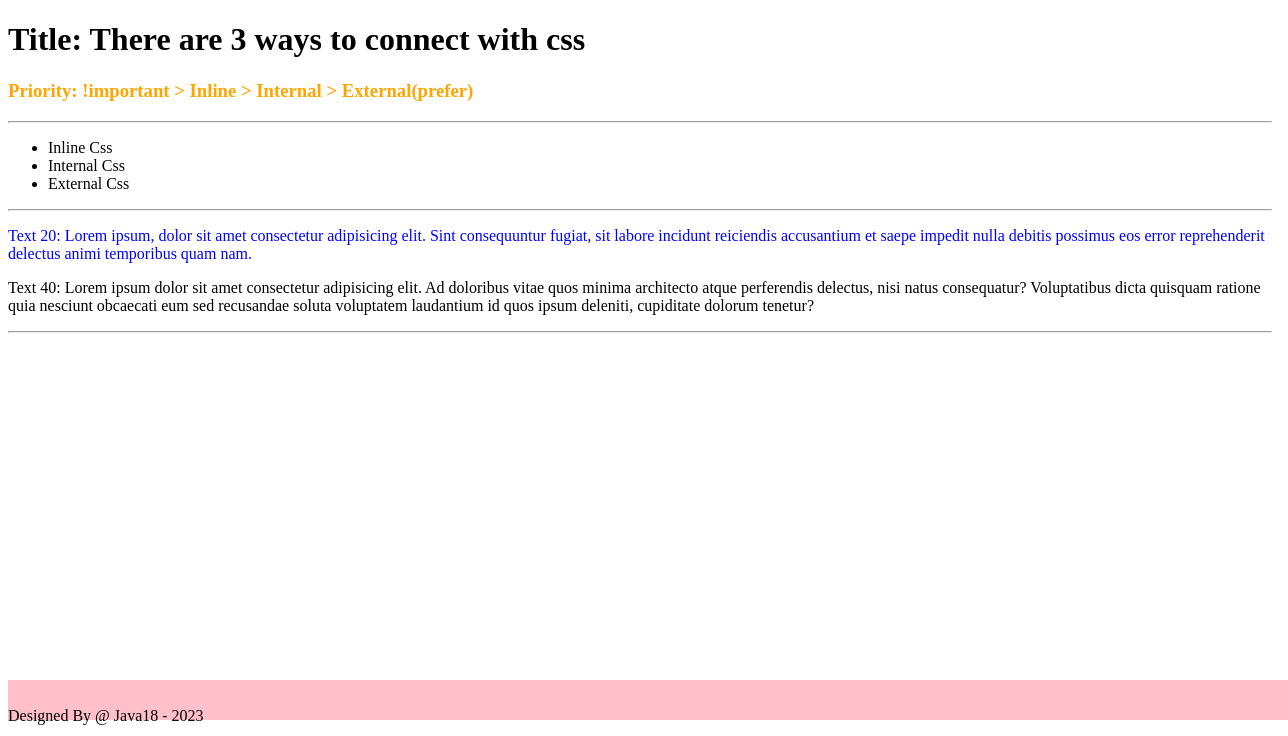
Repository: j4tdn/java18-repository
Page: 2. CSS3/ex02-css-selector-class-id.html
These files come from the project's save history. The page is drawn as it stood at one moment and after the next save; the edit follows.
The browser window is 1280 px wide. The page is 1288 px wide, then 1280 px, so the pictures cover 1288 px, including what lies to the right of the window. The pictures show the whole page.

Above is the page before, as saved 2023-10-21 17:57:14.

### 2. CSS3/ex02-css-selector-class-id.html
<!DOCTYPE html>
<html lang="en">
  <head>
    <meta charset="UTF-8" />
    <meta name="viewport" content="width=device-width, initial-scale=1.0" />
    <title>Ex02 - Css Selector class id</title>
    <link rel="stylesheet" href="css/style-base.css" />
    <link rel="stylesheet" href="css/utils.css" />
  </head>
  <body>
    <!-- html comments -->
    <div id="page-header">
      <h1>Title: There are 3 ways to connect with css</h1>
      <h3 class="text-orange">
        Priority: !important > Inline > Internal > External(prefer)
      </h3>
    </div>

    <hr />

    <div id="page-main">
      <ul>
        <li>Inline Css</li>
        <li>Internal Css</li>
        <li>External Css</li>
      </ul>
      <hr />
      <p class="text-blue">
        Text 20: Lorem ipsum, dolor sit amet consectetur adipisicing elit. Sint
        consequuntur fugiat, sit labore incidunt reiciendis accusantium et saepe
        impedit nulla debitis possimus eos error reprehenderit delectus animi
        temporibus quam nam.
      </p>
      <p>
        Text 40: Lorem ipsum dolor sit amet consectetur adipisicing elit. Ad
        doloribus vitae quos minima architecto atque perferendis delectus, nisi
        natus consequatur? Voluptatibus dicta quisquam ratione quia nesciunt
        obcaecati eum sed recusandae soluta voluptatem laudantium id quos ipsum
        deleniti, cupiditate dolorum tenetur?
      </p>
    </div>

    <hr />

    <div id="page-footer">
      <p>Designed By @ Java18 - 2023</p>
    </div>
  </body>
</html>

### 2. CSS3/css/style-base.css
/* CSS SELECTOR CLASS ID */
/* Chỉ có thẻ p với class là text20 mới ăn */
/* p[class="text20"] {
  color: blue;
} */
/* p.text20 {
  color: blue;
} */
/* Tất cả tag với class là text20 */
/* .text20 {
  color: blue;
} */

#page-footer {
  position: absolute;
  bottom: 0;
  width: 100%;
  height: 40px;
  background-color: pink;
}
#page-footer > p {
  line-height: 40px;
}

### 2. CSS3/css/utils.css
.text-green {
  color: green;
}
.text-blue {
  color: blue;
}
.text-orange {
  color: orange;
}

After the next save:
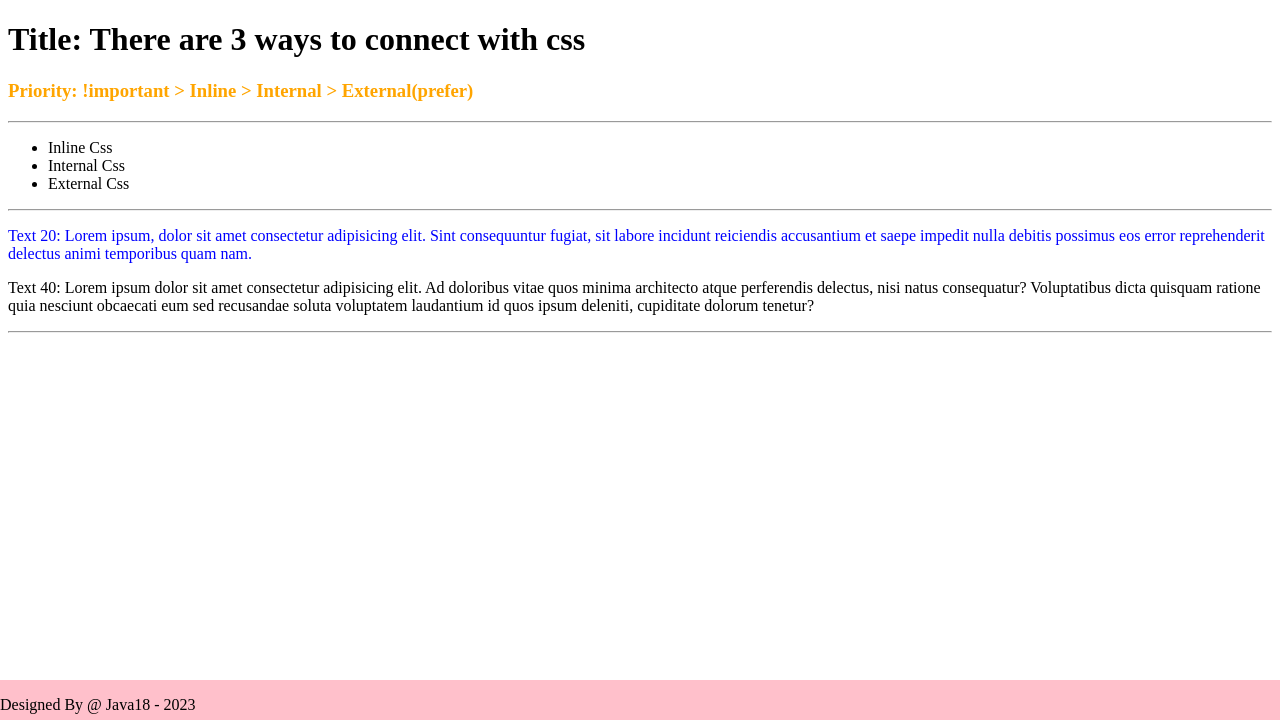
Saved 40 s later.
--- a/2. CSS3/css/style-base.css
+++ b/2. CSS3/css/style-base.css
@@ -14,10 +14,8 @@
 #page-footer {
   position: absolute;
   bottom: 0;
+  left: 0;
   width: 100%;
   height: 40px;
   background-color: pink;
 }
-#page-footer > p {
-  line-height: 40px;
-}
